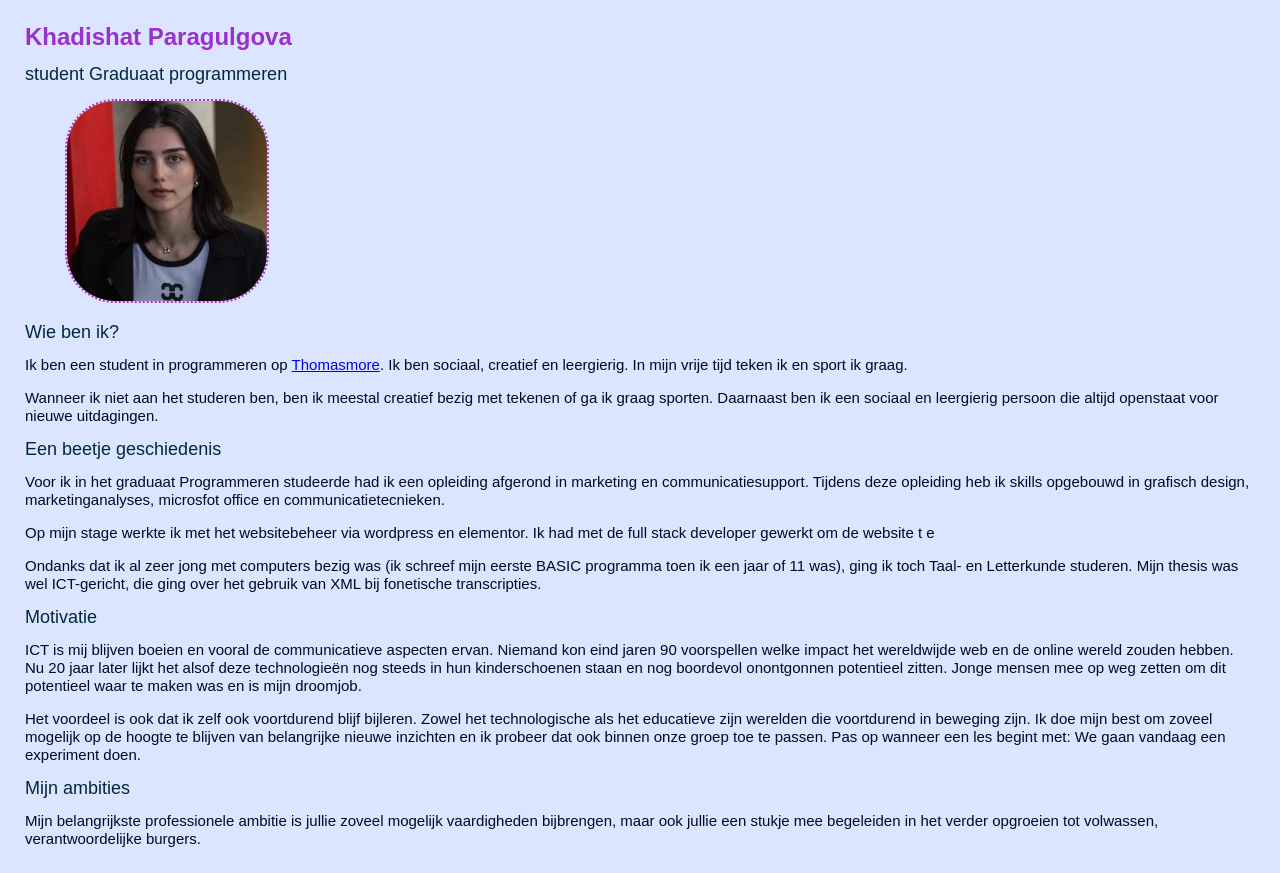
Repository: khadishat00/portfolio
Page: index.html
An editor plug-in stored every save of this project. The page is shown before and after a run of saves, followed by the edit.
The browser window is 1280 px wide. The pictures show the whole page.

Above is the page before, as saved 2026-09-24 15:10:29.

### index.html
<!doctype html>
<html lang="en">
  <head>
    <meta charset="UTF-8" />
    <meta name="viewport" content="width=device-width, initial-scale=1.0" />
    <title>portfolio</title>
  </head>
  <style>
    html {
      font-family: Arial, sans-serif;
    }
    body {
      background-color: rgba(160, 184, 255, 0.366);
      margin: 25px;
    }
    h1 {
      font-family: "Century Gothic", sans-serif;
      color: darkorchid;
      font-weight: bold;
      font-size: 24px;
      line-height: 24px;
    }
    h2 {
      font-family: sans-serif ;
      color: #00283c;
      font-weight: normal;
      font-size: 18px;
      line-height: 18px;
    }
    p {
      font-family: Arial, ;
      color: #000a1e;
      font-size: 15px;
      line-height: 18px;
      font-weight: normal;
      padding:;
    }

    figure {
      display: block;
      margin-block-start: 1em;
      margin-block-end: 1em;
      margin-inline-start: 40px;
      margin-inline-end: 40px;
      unicode-bidi: isolate;
    }

    img {
      max-width: 100%;
      border: 2px dotted;
      border-radius: 50px;
      border-color: rgb(181, 44, 199);

    }
  </style>

  <body>
    <header>
         <h1>Khadishat Paragulgova</h1>
      <h2>student Graduaat programmeren</h2>
      <figure>
        <img src="profielfoto.jpg" alt="Mijn profielfoto" />
      </figure>
    </header>
    <main>
     <h2>Wie ben ik?</h2>
      <p>
        Ik ben een student in programmeren op
        <a href="https://thomasmore.be/nl">Thomasmore</a>. Ik ben sociaal,
        creatief en leergierig. In mijn vrije tijd teken ik en sport ik graag.
      </p>
      <p>
        Wanneer ik niet aan het studeren ben, ben ik meestal creatief bezig met
        tekenen of ga ik graag sporten. Daarnaast ben ik een sociaal en
        leergierig persoon die altijd openstaat voor nieuwe uitdagingen.
      </p>

      <h2>Een beetje geschiedenis</h2>
      <p>
        Voor ik in het graduaat Programmeren studeerde had ik een opleiding
        afgerond in marketing en communicatiesupport. Tijdens deze opleiding heb
        ik skills opgebouwd in grafisch design, marketinganalyses, microsfot
        office en communicatietecnieken.
      </p>
      <p>
        Op mijn stage werkte ik met het websitebeheer via wordpress en
        elementor. Ik had met de full stack developer gewerkt om de website t e
      </p>
      <p>
        Ondanks dat ik al zeer jong met computers bezig was (ik schreef mijn
        eerste BASIC programma toen ik een jaar of 11 was), ging ik toch Taal-
        en Letterkunde studeren. Mijn thesis was wel ICT-gericht, die ging over
        het gebruik van XML bij fonetische transcripties.
      </p>

      <h2>Motivatie</h2>
      <p>
        ICT is mij blijven boeien en vooral de communicatieve aspecten ervan.
        Niemand kon eind jaren 90 voorspellen welke impact het wereldwijde web
        en de online wereld zouden hebben. Nu 20 jaar later lijkt het alsof deze
        technologieën nog steeds in hun kinderschoenen staan en nog boordevol
        onontgonnen potentieel zitten. Jonge mensen mee op weg zetten om dit
        potentieel waar te maken was en is mijn droomjob.
      </p>
      <p>
        Het voordeel is ook dat ik zelf ook voortdurend blijf bijleren. Zowel
        het technologische als het educatieve zijn werelden die voortdurend in
        beweging zijn. Ik doe mijn best om zoveel mogelijk op de hoogte te
        blijven van belangrijke nieuwe inzichten en ik probeer dat ook binnen
        onze groep toe te passen. Pas op wanneer een les begint met: We gaan
        vandaag een experiment doen.
      </p>

      <h2>Mijn ambities</h2>
      <p>
        Mijn belangrijkste professionele ambitie is jullie zoveel mogelijk
        vaardigheden bijbrengen, maar ook jullie een stukje mee begeleiden in
        het verder opgroeien tot volwassen, verantwoordelijke burgers.
      </p>
    </main>
  </body>
</html>

After the next 2 saves:
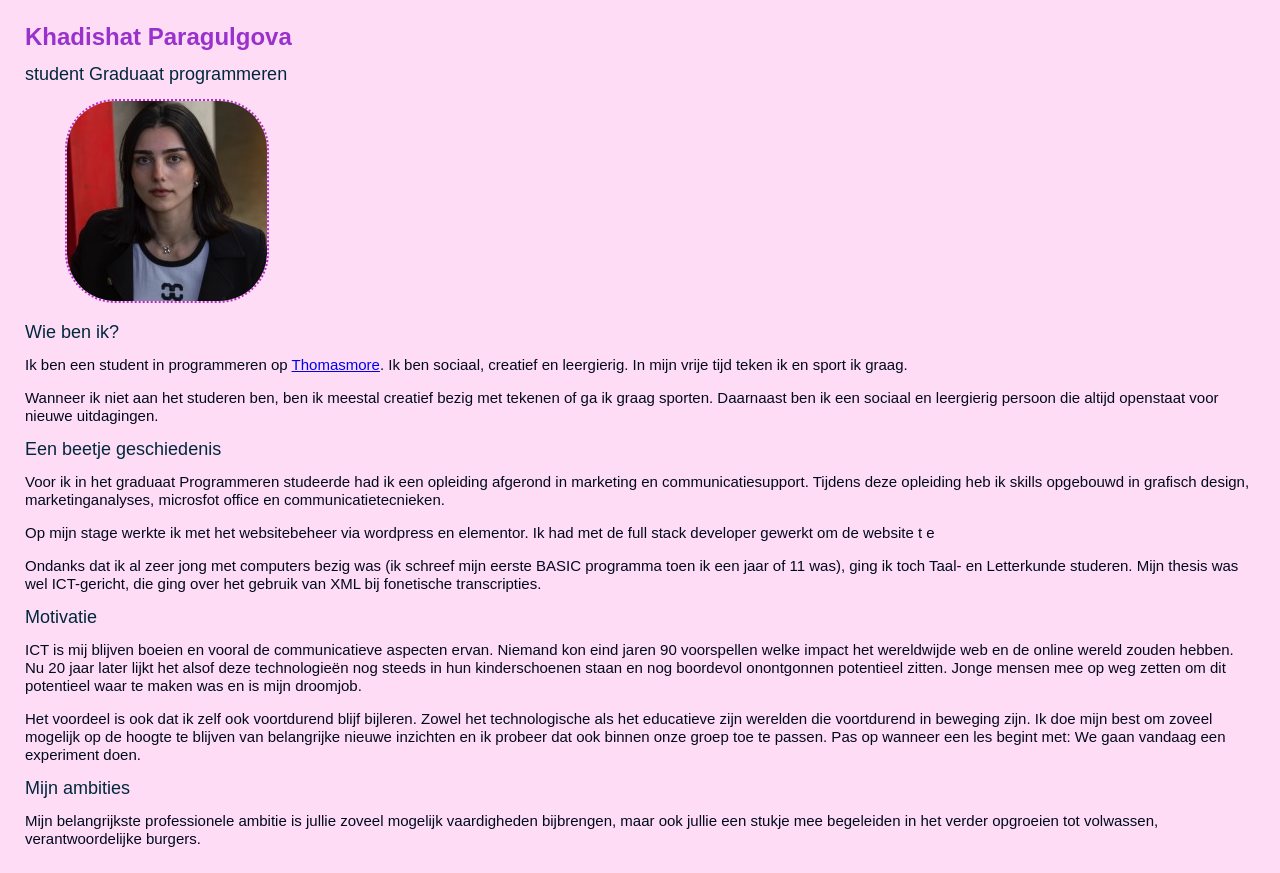
The 2 saves are shown as one change because they came seconds apart.
The last was saved 18 s later.
--- a/index.html
+++ b/index.html
@@ -10,7 +10,7 @@
       font-family: Arial, sans-serif;
     }
     body {
-      background-color: rgba(160, 184, 255, 0.366);
+      background-color: rgba(255, 160, 231, 0.366);
       margin: 25px;
     }
     h1 {
